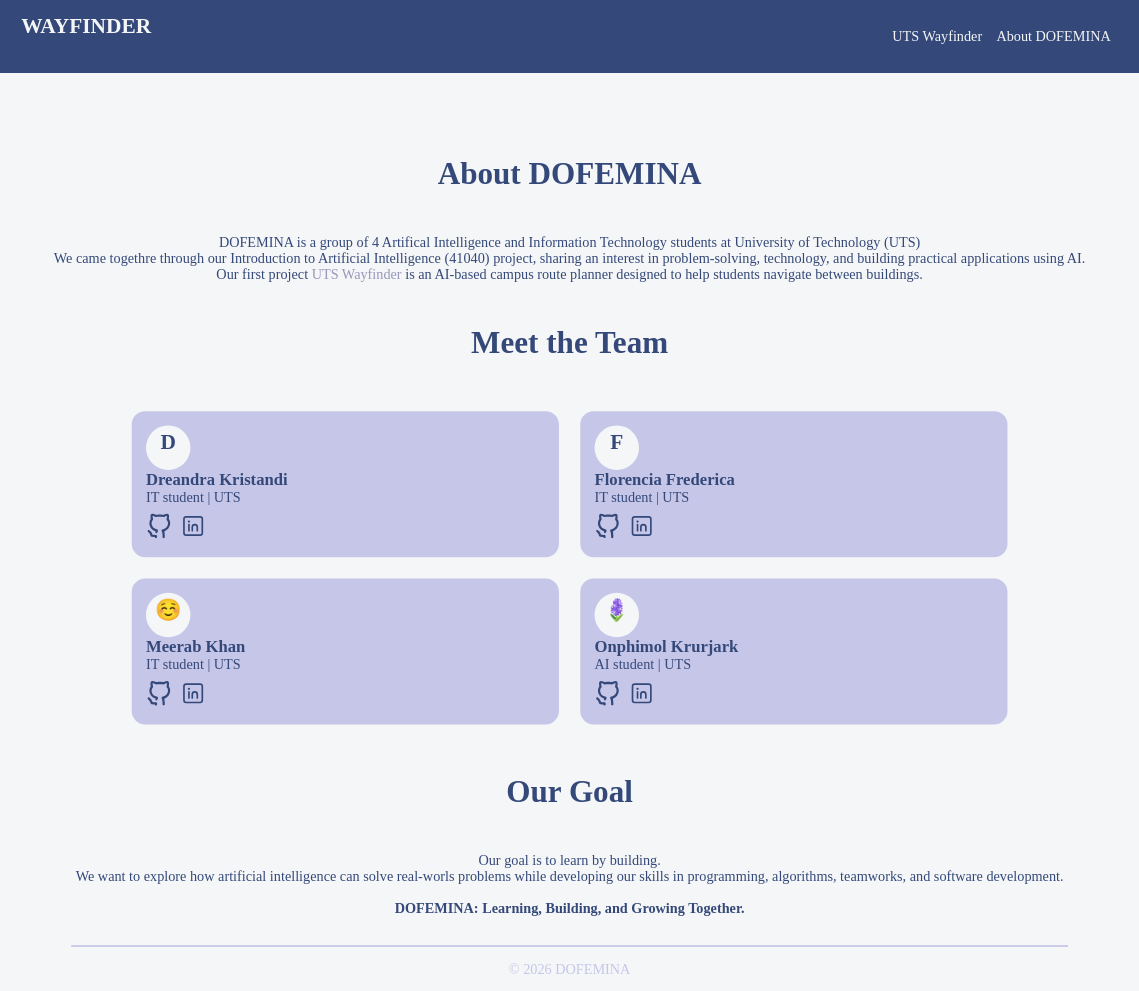
Repository: Meerab-K/uts-wayfinder
Page: html/about.html
These files come from the project's save history. The page is drawn as it stood at one moment and after a run of saves; the edit follows.
The browser window is 1280 px wide. The pictures show the whole page, at 89% of full size.
Some web fonts or font styles are not loaded; a fallback is used.

Above is the page before, as saved 2026-10-19 21:35:29.

### html/about.html
<!DOCTYPE html>
<html lang="en">
<head>
    <meta charset="UTF-8">
    <meta name="viewport" content="width=device-width, initial-scale=1.0">
    <title>About DOFEMINA - UTS Wayfinder</title>

    <link rel="stylesheet" href="../css/common.css">
    <link rel="stylesheet" href="../css/about.css">
    <link rel="stylesheet" href="../css/responsive.css">

    <!-- Google Fonts -->
    <link rel="preconnect" href="https://fonts.googleapis.com">
    <link rel="preconnect" href="https://fonts.gstatic.com" crossorigin>
    <link href="https://fonts.googleapis.com/css2?family=Maname&display=swap" rel="stylesheet">

</head>
<body>
    <header>
        <nav class="navbar">
            <h1>WAYFINDER</h1>
            <ul>
                <li><a href="index.html">UTS Wayfinder</a></li>
                <li><a href="about.html">About DOFEMINA</a></li>
            </ul>
        </nav>
    </header>

    <main>
        <h2>About DOFEMINA</h2>
        <div class="content-box">
            <p>DOFEMINA is a group of 4 Artifical Intelligence and Information Technology students at University of Technology (UTS)</p>
            <p>We came togethre through our Introduction to Artificial Intelligence (41040) project, sharing an interest in problem-solving, technology, and building practical applications using AI.</p>
            <p>Our first project <span class="highlight">UTS Wayfinder</span> is an AI-based campus route planner designed to help students navigate between buildings.</p>
        </div>

        <h2>Meet the Team</h2>
        <div class="team-contact">
            <div class="card-holder">
                <div class="profile"><span>D</span></div>
                <h3 class="name">Dreandra Kristandi</h3>
                <div class="bio">IT student | UTS</div>
                <div class="contact-link">
                    <a href=""><span class="github-icon"></span></a>
                    <a href=""><span class="linkedin-icon"></span></a>
                </div>
            </div>
            <div class="card-holder">
                <div class="profile"><span>F</span></div>
                <h3 class="name">Florencia Frederica</h3>
                <div class="bio">IT student | UTS</div>
                <div class="contact-link">
                    <a href=""><span class="github-icon"></span></a>
                    <a href=""><span class="linkedin-icon"></span></a>
                </div>
            </div>
            <div class="card-holder">
                <div class="profile"><span>☺️</span></div>
                <h3 class="name">Meerab Khan</h3>
                <div class="bio">IT student | UTS</div>
                <div class="contact-link">
                    <a href=""><span class="github-icon"></span></a>
                    <a href=""><span class="linkedin-icon"></span></a>
                </div>
            </div>
            <div class="card-holder">
                <div class="profile"><span>🪻</span></div>
                <h3 class="name">Onphimol Krurjark</h3>
                <div class="bio">AI student | UTS</div>
                <div class="contact-link">
                    <a href=""><span class="github-icon"></span></a>
                    <a href=""><span class="linkedin-icon"></span></a>
                </div>
            </div>
        </div>

        <h2>Our Goal</h2>
        <div class="content-box">
            <p>Our goal is to learn by building.</p>
            <p>We want to explore how artificial intelligence can solve real-worls problems while developing our skills in programming, algorithms, teamworks, and software development.</p>
            <p><br><b>DOFEMINA: Learning, Building, and Growing Together.</b></p>
        </div>

    </main>

    <footer>
        <p>&copy; 2026 DOFEMINA </p>
    </footer>
</body>
</html>

### css/common.css
:root {
    /*Background*/
    --background-color: #f5f6f8;
    --primary-color: #344979;
    --secondary-color: #9896BB;

    /*Highlight*/
    --highlight-purple: #c6c6e8;
    --highlight-pink: #f7e5eb;

    /*Font*/
    --font: "Maname", serif;
}

* {
    margin: 0;
    padding: 0;
    font-family: var(--font);
}

body {
    background-color: var(--background-color);
    color: var(--primary-color);
    margin: 0;
    padding: 0;
}

main {
    margin-top: 2rem;
}

footer {
    text-align: center;
    margin: 0 5rem;
    padding: 1rem;
    border-top: 2px solid var(--highlight-purple);
    color: var(--highlight-purple);
}

h2 {
    color: var(--primary-color);
    padding: 1rem;
    font-size: 35px;
}

.navbar {
    background-color: var(--primary-color);
    padding: 1rem;
    margin: 0;
    position: fixed;
    top: 0;
    z-index: 100;
    width: 100%;
    display: flex;
    justify-content: space-between;
    box-sizing: border-box;
}

.navbar h1 {
    color: var(--background-color);
    padding: 0 0 0 0.5rem;
}

.navbar ul {
    list-style-type: none;
    display: flex;
    gap: 1rem;
    margin: 1rem;
}

.navbar a {
    text-decoration: none;
    color: var(--background-color);
}

.navbar a:hover {
    color: var(--highlight-purple);
}

.floating-menu-btn {
    position: fixed;
    bottom: 1rem;
    right: 1rem;
    width: 50px;
    height: 50px;
    background-color: var(--primary-color);
    border-radius: 50%;
    display: flex;
    justify-content: center;
    align-items: center;
    cursor: pointer;
    z-index: 1000;
}

.floating-menu-btn span{
    background-color: var(--background-color);
    width: 30px;
    height: 3px;
}

main {
    margin-top: 10rem;
}

### css/about.css
.highlight {
    color: var(--secondary-color);
}

h2 {
    text-align: center;
}

.content-box {
    padding: 2rem;
    text-align: center;
}

.team-contact {
    display: grid;
    grid-template-columns: repeat(2, 30rem);
    justify-content: center;
    gap: 24px;
    margin: 40px auto;
}

.card-holder {
    background-color: var(--highlight-purple);
    border-radius: 15px;
    padding: 1rem;
    width: 100%;
    box-sizing: border-box;
}

.profile {
    display: flex;
    align-items: center;
    justify-content: center;

    height: 50px;
    width: 50px;
    border-radius: 50%;
    background-color: var(--background-color);

    font-size: 1.5rem;
    font-weight: bold;
    line-height: 1;
    padding: 0;
    box-sizing: border-box;
}

.profile span {
    display: block;
    transform: translate(0, -6px);
    color: var(--primary-color)
}

.contact-link {
    display: inline-flex;
    gap: 0.5rem;
    margin-top: 0.5rem;
    width: 30px;
    height: auto;
}

.github-icon {
    display: inline-block;
    width: 30px;
    height: 30px;

    background-color: var(--primary-color);
    mask: url("../svg/github.svg") center / contain no-repeat;
}

.github-icon:hover {
    background-color: var(--highlight-pink);
}

.linkedin-icon {
    display: inline-block;
    width: 30px;
    height: 30px;

    background-color: var(--primary-color);
    mask: url("../svg/linkedin.svg") center / contain no-repeat;
}

.linkedin-icon:hover {
    background-color: var(--highlight-pink);
}

### css/responsive.css
@media (max-width: 1000px) {
    /*index.html*/
    #map_section {
        display: block;
    }

    #map_section img {
        width: 100%;
        margin: 0;
    }

    #map_section div h2 {
        text-align: center;
    }

    #map_section div table {
        width: 100%;
    }
}

@media (max-width: 800px) {
    main {
        margin-top: 10rem;
    }

    .navbar {
        text-align: center;
        display: block;
    }

    .navbar ul {
        justify-content: center;
        margin-top: 1.5rem;
        padding: 0.5rem;
        border-top: 1px solid var(--secondary-color);
    }

    /*index.html*/
    form select {
        width: 60%;
    }

    /*about.html*/
    .team-contact {
        display: grid;
        grid-template-columns: repeat(1, 400px);
    }
}

### svg/github.svg
<?xml version="1.0" encoding="utf-8"?><!-- Uploaded to: SVG Repo, www.svgrepo.com, Generator: SVG Repo
Mixer Tools -->
<svg width="800px" height="800px" viewBox="0 0 24 24" fill="none" xmlns="http://www.w3.org/2000/svg">
    <path
        d="M4.0744 2.9938C4.13263 1.96371 4.37869 1.51577 5.08432 1.15606C5.84357 0.768899 7.04106 0.949072 8.45014 1.66261C9.05706 1.97009 9.11886 1.97635 10.1825 1.83998C11.5963 1.65865 13.4164 1.65929 14.7213 1.84164C15.7081 1.97954 15.7729 1.97265 16.3813 1.66453C18.3814 0.651679 19.9605 0.71795 20.5323 1.8387C20.8177 2.39812 20.8707 3.84971 20.6494 5.04695C20.5267 5.71069 20.5397 5.79356 20.8353 6.22912C22.915 9.29385 21.4165 14.2616 17.8528 16.1155C17.5801 16.2574 17.3503 16.3452 17.163 16.4167C16.5879 16.6363 16.4133 16.703 16.6247 17.7138C16.7265 18.2 16.8491 19.4088 16.8973 20.4002C16.9844 22.1922 16.9831 22.2047 16.6688 22.5703C16.241 23.0676 15.6244 23.076 15.2066 22.5902C14.9341 22.2734 14.9075 22.1238 14.9075 20.9015C14.9075 19.0952 14.7095 17.8946 14.2417 16.8658C13.6854 15.6415 14.0978 15.185 15.37 14.9114C17.1383 14.531 18.5194 13.4397 19.2892 11.8146C20.0211 10.2698 20.1314 8.13501 18.8082 6.83668C18.4319 6.3895 18.4057 5.98446 18.6744 4.76309C18.7748 4.3066 18.859 3.71768 18.8615 3.45425C18.8653 3.03823 18.8274 2.97541 18.5719 2.97541C18.4102 2.97541 17.7924 3.21062 17.1992 3.49805L16.2524 3.95695C16.1663 3.99866 16.07 4.0147 15.975 4.0038C13.5675 3.72746 11.2799 3.72319 8.86062 4.00488C8.76526 4.01598 8.66853 3.99994 8.58215 3.95802L7.63585 3.49882C7.04259 3.21087 6.42482 2.97541 6.26317 2.97541C5.88941 2.97541 5.88379 3.25135 6.22447 4.89078C6.43258 5.89203 6.57262 6.11513 5.97101 6.91572C5.06925 8.11576 4.844 9.60592 5.32757 11.1716C5.93704 13.1446 7.4295 14.4775 9.52773 14.9222C10.7926 15.1903 11.1232 15.5401 10.6402 16.9905C10.26 18.1319 10.0196 18.4261 9.46707 18.4261C8.72365 18.4261 8.25796 17.7821 8.51424 17.1082C8.62712 16.8112 8.59354 16.7795 7.89711 16.5255C5.77117 15.7504 4.14514 14.0131 3.40172 11.7223C2.82711 9.95184 3.07994 7.64739 4.00175 6.25453C4.31561 5.78028 4.32047 5.74006 4.174 4.83217C4.09113 4.31822 4.04631 3.49103 4.0744 2.9938Z"
        fill="currentColor" />
    <path
        d="M3.33203 15.9454C3.02568 15.4859 2.40481 15.3617 1.94528 15.6681C1.48576 15.9744 1.36158 16.5953 1.66793 17.0548C1.8941 17.3941 2.16467 17.6728 2.39444 17.9025C2.4368 17.9449 2.47796 17.9858 2.51815 18.0257C2.71062 18.2169 2.88056 18.3857 3.05124 18.5861C3.42875 19.0292 3.80536 19.626 4.0194 20.6962C4.11474 21.1729 4.45739 21.4297 4.64725 21.5419C4.85315 21.6635 5.07812 21.7352 5.26325 21.7819C5.64196 21.8774 6.10169 21.927 6.53799 21.9559C7.01695 21.9877 7.53592 21.998 7.99999 22.0008C8.00033 22.5527 8.44791 23.0001 8.99998 23.0001C9.55227 23.0001 9.99998 22.5524 9.99998 22.0001V21.0001C9.99998 20.4478 9.55227 20.0001 8.99998 20.0001C8.90571 20.0001 8.80372 20.0004 8.69569 20.0008C8.10883 20.0026 7.34388 20.0049 6.67018 19.9603C6.34531 19.9388 6.07825 19.9083 5.88241 19.871C5.58083 18.6871 5.09362 17.8994 4.57373 17.2891C4.34391 17.0194 4.10593 16.7834 3.91236 16.5914C3.87612 16.5555 3.84144 16.5211 3.80865 16.4883C3.5853 16.265 3.4392 16.1062 3.33203 15.9454Z"
        fill="currentColor" />
</svg>

### svg/linkedin.svg
<?xml version="1.0" encoding="utf-8"?><!-- Uploaded to: SVG Repo, www.svgrepo.com, Generator: SVG Repo
Mixer Tools -->
<svg width="800px" height="800px" viewBox="0 0 192 192" xmlns="http://www.w3.org/2000/svg"
    fill="none">
    <rect width="132" height="132" x="30" y="30" stroke="currentColor" stroke-width="12" rx="16" />
    <path stroke="currentColor" stroke-linecap="round" stroke-linejoin="round" stroke-width="12"
        d="M66 86v44" />
    <circle cx="66" cy="64" r="8" fill="currentColor" />
    <path stroke="currentColor" stroke-linecap="round" stroke-width="12"
        d="M126 130v-26c0-9.941-8.059-18-18-18v0c-9.941 0-18 8.059-18 18v26" />
</svg>

After the next 2 saves:
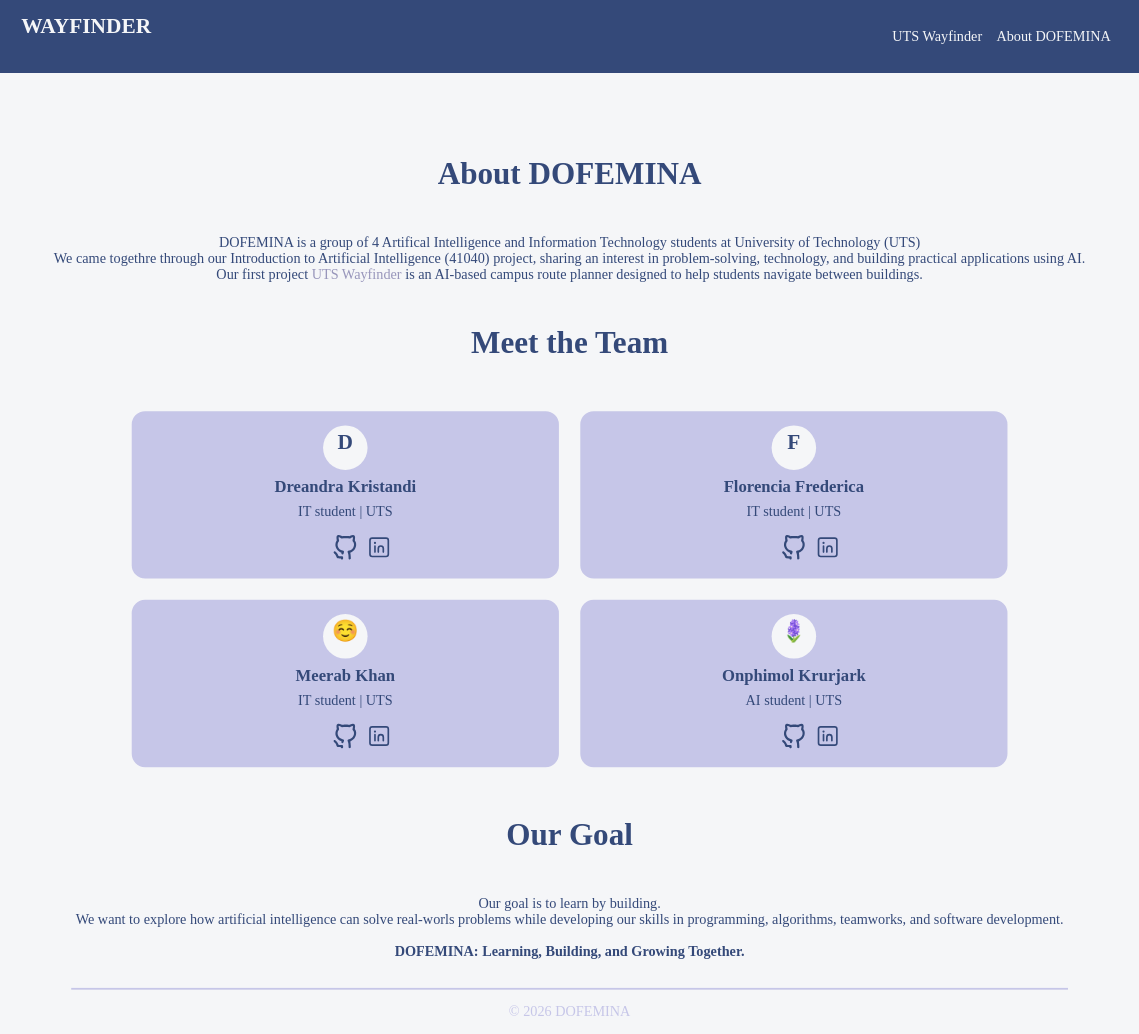
The 2 saves are shown as one change because they came seconds apart.
The last was saved 69 s later.
--- a/css/about.css
+++ b/css/about.css
@@ -25,6 +25,13 @@
     padding: 1rem;
     width: 100%;
     box-sizing: border-box;
+
+    display: flex;
+    flex-direction: column;
+    align-items: center;
+    justify-content: center;
+    text-align: center;
+    gap: 8px;
 }
 
 .profile {
